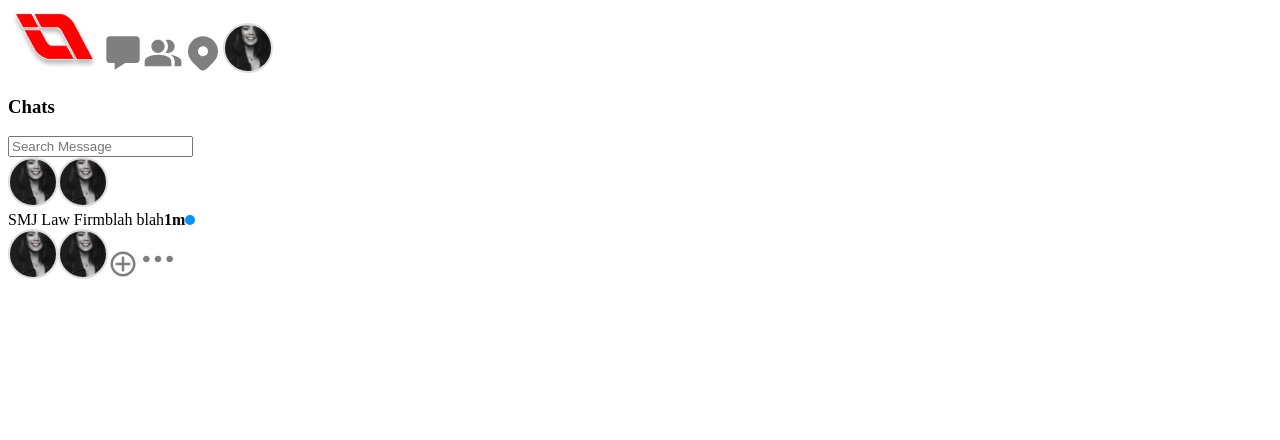
Repository: Nicktacku/LawChat
Page: /homechat (app in frontend/lawchat/)
These files come from the project's save history. The page is drawn as it stood at one moment and after the next save; the edit follows.
The browser window is 1280 px wide. The pictures show the whole page.
The project was rebuilt for these pictures with package versions that can differ from the ones it lists, and the page was loaded fresh each time. Also part of the build but not shown: frontend/lawchat/src/styles/button.css, frontend/lawchat/src/components/Button.js, frontend/lawchat/src/pages/Home.js, frontend/lawchat/src/pages/Login.js.

Above is the page before, as saved 2024-08-13 11:51:57.

### frontend/lawchat/src/App.js
import Home from "./pages/Home.js";
import Login from "./pages/Login.js";
import HomeChat from "./pages/HomeChat.js";

import {
  createBrowserRouter,
  createRoutesFromElements,
  Route,
  RouterProvider,
} from "react-router-dom";

const router = createBrowserRouter(
  createRoutesFromElements(
    <Route path="/">
      <Route index element={<Home />} />
      <Route path="/login" element={<Login />} />
      <Route path="/homechat" element={<HomeChat />} />
    </Route>
  )
);

function App() {
  return (
    <div className="App">
      {/* <Login /> */}
      <RouterProvider router={router} />
    </div>
  );
}

export default App;

### frontend/lawchat/src/pages/HomeChat.js
import React from "react";

import logo from "../images/logo.svg";
import chaticon from "../images/chaticon.svg";
import friendsicon from "../images/friendsicon.svg";
import locationicon from "../images/locationicon.svg";
import personaldp from "../images/personaldp.svg";

import newchaticon from "../images/newchaticon.svg";
import ChatPreview from "../components/ChatPreview";

import addicon from "../images/addicon.svg";
import tripledoticon from "../images/tripledoticon.svg";

const HomeChat = () => {
  return (
    <div className="container">
      <div className="sidebar">
        <img src={logo} />
        <img src={chaticon} />
        <img src={friendsicon} />
        <img src={locationicon} />
        <img src={personaldp} />
      </div>
      <div className="chats">
        <h3 className="h3">
          <b>Chats</b>
        </h3>
        <image src={newchaticon} />
        <form>
          <input type="text" placeholder="Search Message" />
        </form>
        <ChatPreview name="SMJ Law Firm" preview="blah blah" />
      </div>
      <div className="chat">
        <div className="chat-bar">
          <img src={personaldp} />
          <img src={personaldp} />
          <img src={addicon} />
          <img src={tripledoticon} />
        </div>
        <div className="chat-content"></div>
      </div>
    </div>
  );
};

export default HomeChat;

### frontend/lawchat/src/components/ChatPreview.js
import React from "react";

import personaldp from "../images/personaldp.svg";
import bluedot from "../images/bluedot.svg";

function ChatPreview(props) {
  return (
    <div className="container">
      <div className="images">
        <img src={personaldp} />
        <img src={personaldp} />
      </div>
      <div className="body">
        {props.name}
        {props.preview}
        <b>1m</b>
        <img src={bluedot} />
      </div>
    </div>
  );
}

export default ChatPreview;

### frontend/lawchat/src/components/ChatBubble.js
import React from "react";

import personaldp from "../images/personaldp.svg";

function ChatBubble(props) {
  return (
    <div className="container">
      <img src={personaldp} />
      <div className="chat">
        {props.name}
        {props.content}
      </div>
    </div>
  );
}

export default ChatBubble;

Loaded but not shown: frontend/lawchat/public/index.html (common file); frontend/lawchat/src/index.js (common file)

After the next save:
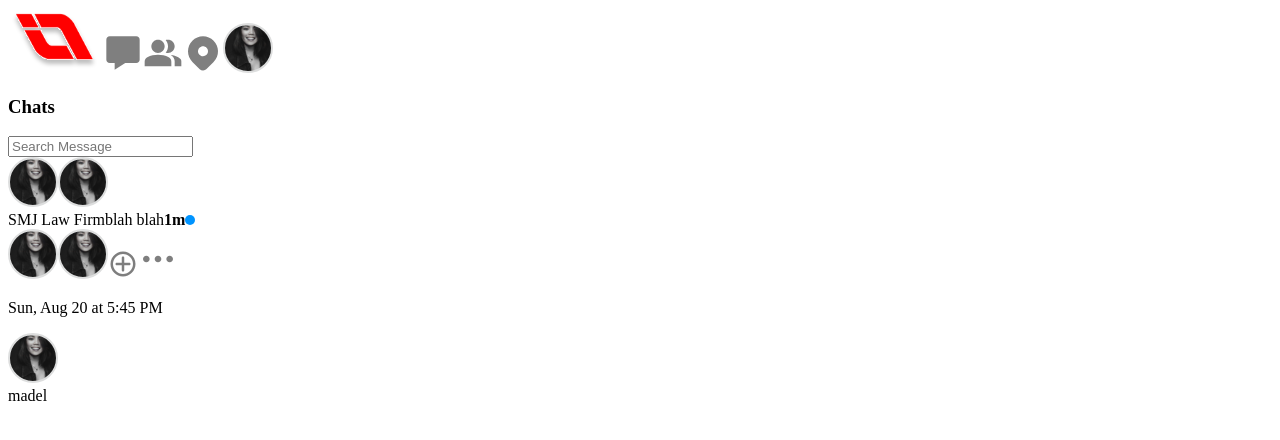
Saved 2 min 24 s later.
--- a/frontend/lawchat/src/pages/HomeChat.js
+++ b/frontend/lawchat/src/pages/HomeChat.js
@@ -11,6 +11,7 @@ import ChatPreview from "../components/ChatPreview";
 
 import addicon from "../images/addicon.svg";
 import tripledoticon from "../images/tripledoticon.svg";
+import ChatBubble from "../components/ChatBubble";
 
 const HomeChat = () => {
   return (
@@ -39,7 +40,10 @@ const HomeChat = () => {
           <img src={addicon} />
           <img src={tripledoticon} />
         </div>
-        <div className="chat-content"></div>
+        <div className="chat-content">
+          <p>Sun, Aug 20 at 5:45 PM</p>
+          <ChatBubble name="madel" message="hi hello goodbye" />
+        </div>
       </div>
     </div>
   );
